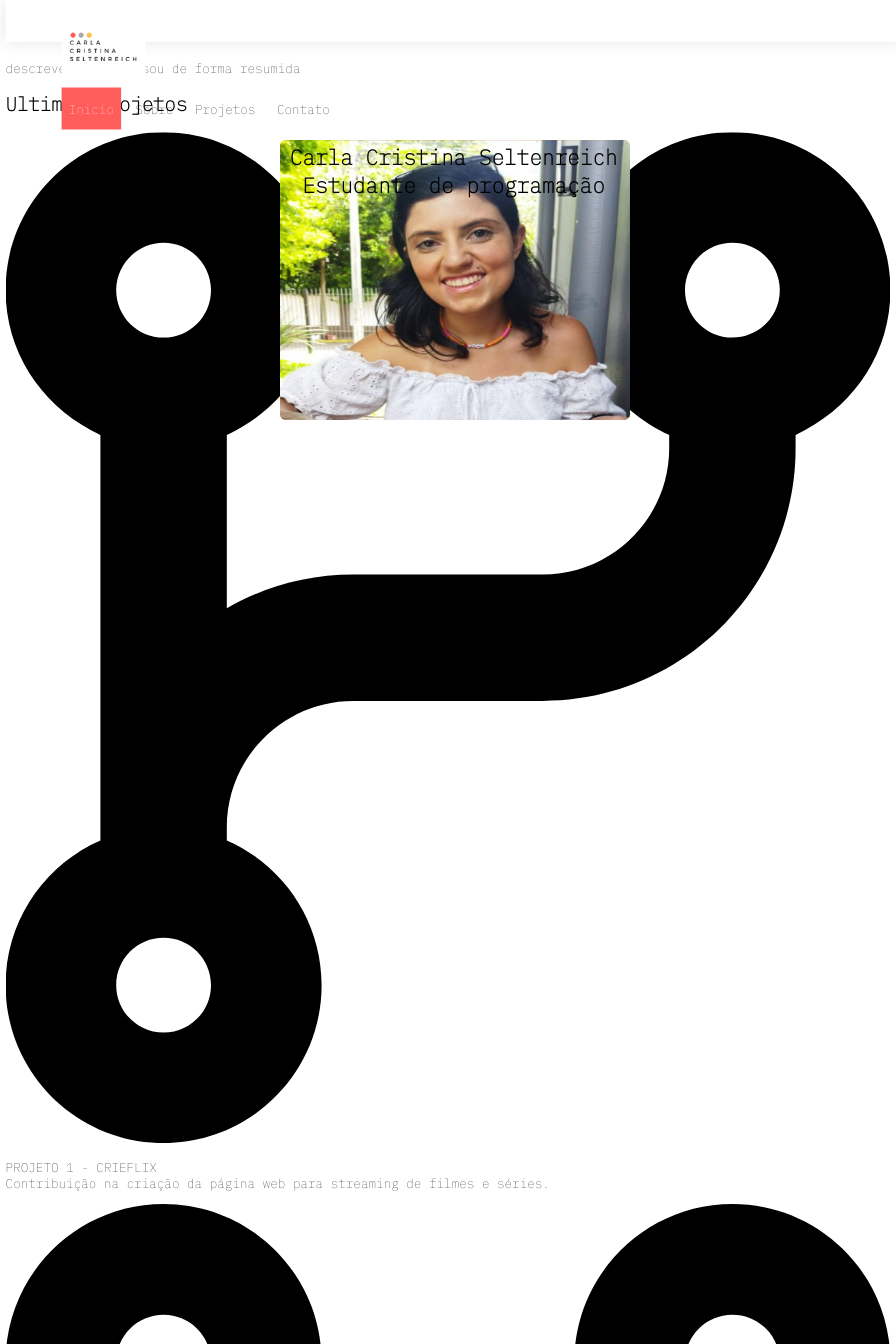
Repository: carla-seltenreich/portfolio
Page: index.html
An editor plug-in stored every save of this project. The page is shown before and after the next save, followed by the edit.
The browser window is 1280 px wide. The pictures show the part of the page from y = 0 to 1920 px (the page is 3638 px tall before and 3738 px after), at 70% of full size.

Above is the page before, as saved 2022-05-24 16:31:48.

### index.html
<!DOCTYPE html>
<html lang="en">
<head>
    <meta charset="UTF-8">
    <meta http-equiv="X-UA-Compatible" content="IE=edge">
    <meta name="viewport" content="width=device-width, initial-scale=1.0">
    <title>Carla Cristina Seltenreich</title>
    <link rel="preconnect" href="https://fonts.googleapis.com">
    <link rel="preconnect" href="https://fonts.gstatic.com" crossorigin>
    <link rel="stylesheet" href="style.css">

    <link href="preconnect" href="https://fonts.googleapis.com">
    <link rel="preconnect" href="https://fonts.gstatic.com" crossorigin>
    <link href="https://fonts.googleapis.com/css2?family=IBM+Plex+Mono:wght@100&family=Questrial&display=swap" rel="stylesheet">
</head>
<body>
    <header class="header">
        <div class="container container-header">
            <img src="Carla cristina sELTENREICH.png" alt="logo" class="brand">
            <ul class="nav">
                <li>
                    <a href="index.html" class="active">Inicio</a>
                </li>
                <li>
                    <a href="about.html">Sobre</a>
                </li>
                <li>
                    <a href="project.html">Projetos</a>
                </li>
                <li>
                    <a href="contact.html">Contato</a>
                </li>
            </ul>
        </div>
<div class="name">
    <h1 class="name-title">
        Carla Cristina Seltenreich<br>
         Estudante de programação
    </h1> </div>
    </header>
    <section class="banner">
        <img class="photo-banner" src="carla.png">
    </section>
    <section class="about-home">
        <div class="text-about-home">
            <title>QUEM SOU EU</title>
            <P>descrever quem eu sou de forma resumida</P>
        </div>
    </section>
    <section class="lastest-projects-home">
        <h2>Ultimos projetos</h2>
        <img src="code-branch-solid.svg" alt="logo-project">
        <p>PROJETO 1 - CRIEFLIX <br>
          Contribuição na criação da página web para streaming de filmes e séries.</p>
        <img src="code-branch-solid.svg" alt="logo-project">
        <p>PROJETO 2 <br>
            Criação de pagina web para comercialização de produtos e serviços de uma petshop.<br>
        </p>


    </section>
    <footer class="footer">
        <div class="container">
            <img src="Carla cristina sELTENREICH.png" alt="logo" class="brand">
            <div class="footer-container">
                <div class="footer-contact">
                    <h4>Contato</h4>

                    <address>Avenida Benjamin Constant, 3517 <br/>Bairro Montanha - Lajeadoa/RS 95905-080
                    </address>
                    <a href="#">(51)997284931</a>
                    <a href="#">carla_cris95@hotmail.com</a>
                </div>

                <div class="footer-social-medias">

            </div>
            <div class="copyright">© 2022 | Todos os direitos reservados.</div>
        </div>
    </footer>
</body>
</html>

### style.css
body {
    font-family: 'IBM Plex Mono';
    font-size: 18px;
    padding-top: 60px;
}

.container {
    max-width: 1120px;
    margin: 0 auto;
}
.header {
    height: 60px;
    background: #fff;
    position: fixed;
    width: 100%;
    top: 0;
    z-index: 1;
    box-shadow: 0 0 25px rgba(0, 0, 0, 0.1);
}

.header-container {
    display: flex;
    justify-content: space-between;
}

.brand {
    max-width: 120px;
}

.nav {
    margin: 0;
    padding: 0;
    list-style: none;
}
.nav li {
    display: inline-block;
}
.nav a {
    color: #000;
    display: block;
    height: 20px;
    padding: 20px 10px;
    text-decoration: none;
}
.nav a:hover {
    color: black;

}
.nav a.active {
    color: #fff;
    background: #ff5c5c;
}

.name-title {
    text-align: center;
    font-size: 30px;
    color: black;
}

//.banner {

}

.photo-banner {
    background-color: #ff5c5c;
    position: absolute;
    width: 500px;
    height: 400px;
    left: 400px;
    top: 200px;
    border-radius: 8px;
}

.footer {
    color: #fff;
    background: grey;
    padding: 40px 0;
}

.footer-container {
    display: flex;
    justify-content: space-between;
}
.footer-contact a {
    display: block;
    color: #fff;
    text-decoration: none;
}

.footer-contact address {
    margin-bottom: 10px;
}

### code-branch-solid.svg
<svg xmlns="http://www.w3.org/2000/svg" viewBox="0 0 448 512"><!--! Font Awesome Pro 6.1.1 by @fontawesome - https://fontawesome.com License - https://fontawesome.com/license (Commercial License) Copyright 2022 Fonticons, Inc. --><path d="M160 80C160 112.8 140.3 140.1 112 153.3V241.1C130.8 230.2 152.7 224 176 224H272C307.3 224 336 195.3 336 160V153.3C307.7 140.1 288 112.8 288 80C288 35.82 323.8 0 368 0C412.2 0 448 35.82 448 80C448 112.8 428.3 140.1 400 153.3V160C400 230.7 342.7 288 272 288H176C140.7 288 112 316.7 112 352V358.7C140.3 371 160 399.2 160 432C160 476.2 124.2 512 80 512C35.82 512 0 476.2 0 432C0 399.2 19.75 371 48 358.7V153.3C19.75 140.1 0 112.8 0 80C0 35.82 35.82 0 80 0C124.2 0 160 35.82 160 80V80zM80 104C93.25 104 104 93.25 104 80C104 66.75 93.25 56 80 56C66.75 56 56 66.75 56 80C56 93.25 66.75 104 80 104zM368 56C354.7 56 344 66.75 344 80C344 93.25 354.7 104 368 104C381.3 104 392 93.25 392 80C392 66.75 381.3 56 368 56zM80 456C93.25 456 104 445.3 104 432C104 418.7 93.25 408 80 408C66.75 408 56 418.7 56 432C56 445.3 66.75 456 80 456z"/></svg>

After the next save:
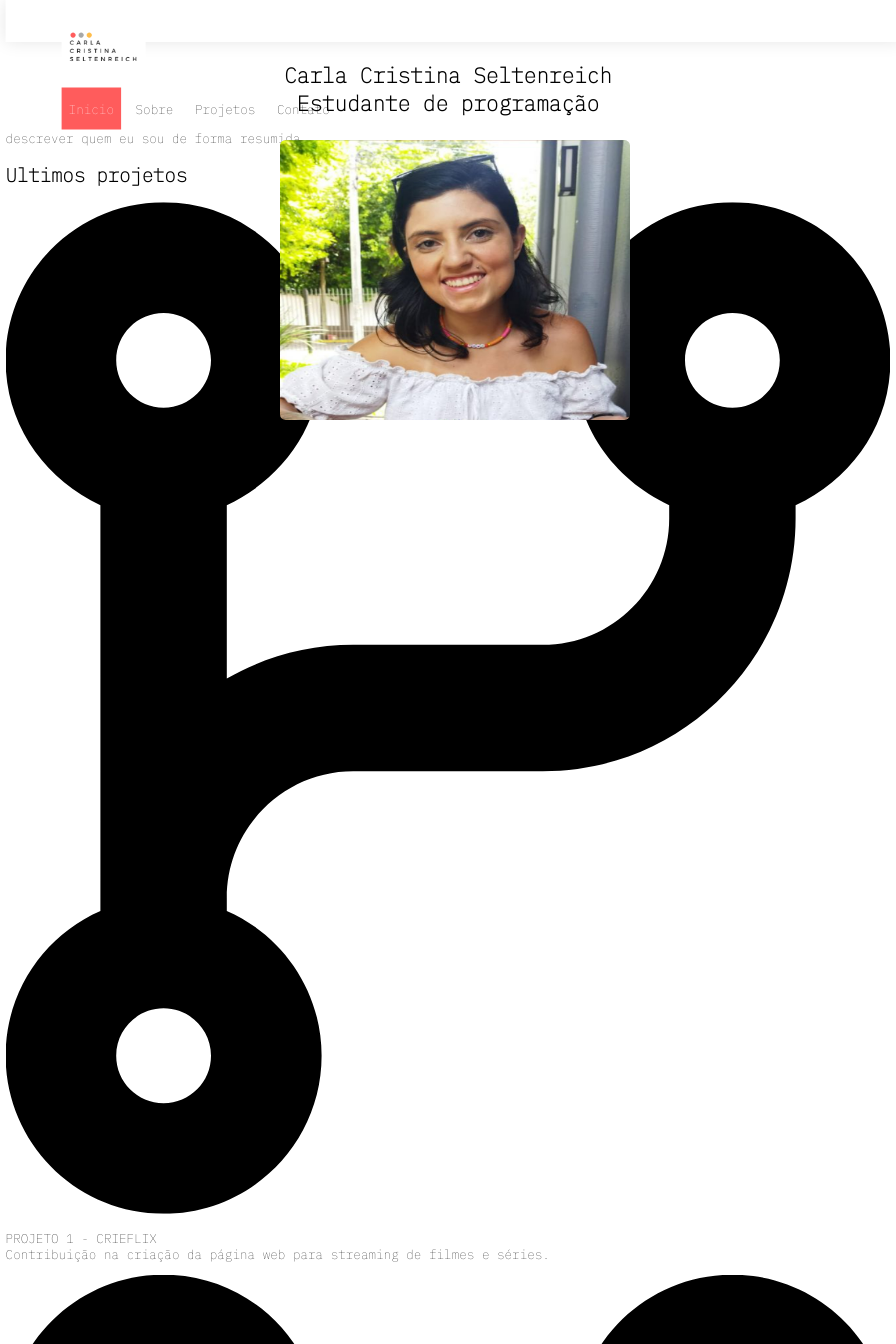
Saved 3 min 17 s later.
--- a/index.html
+++ b/index.html
@@ -32,6 +32,7 @@
                 </li>
             </ul>
         </div>
+    </header>
 <div class="name">
     <h1 class="name-title">
         Carla Cristina Seltenreich<br>
